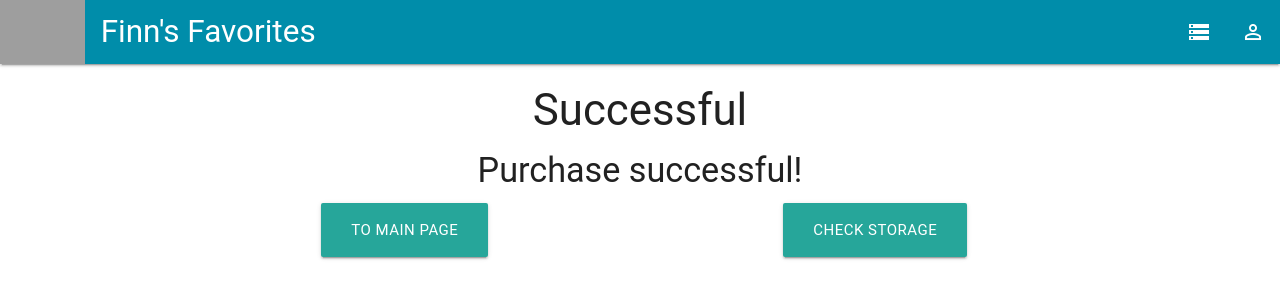
Repository: nidalaburaed/FinnsFavorites
Page: http://localhost/success.php
The author's editor kept a record of every edit. The page is drawn from the files as they stood at one moment, then again after the next edit.
The browser window is 1280 px wide. The pictures show the whole page.
Pictures or frames that could not be fetched are drawn as grey boxes. Some web fonts or font styles are not loaded; a fallback is used. Some web libraries are served in a nearby version. The page is run by PHP 8.4 with error messages shown; the project is at /var/www/html/.

Above is the page before.

After the next edit:
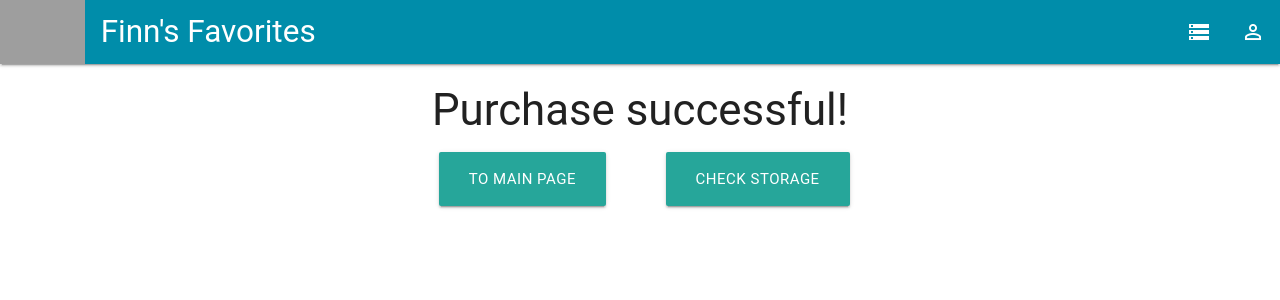
The edit:
--- a/success.php
+++ b/success.php
@@ -8,10 +8,9 @@
 
   <body>
     <?php include 'common/body.php';?>
-    <h3 align="center">Successful</h3>
-    <h4 align="center">Purchase successful!</h4>
+    <h3 align="center">Purchase successful!</h3>
     <div class="container">
-    <div class="row align-items-center">
+    <div class="row align-items-center" style="margin: 0 25% 0 25%">
         <div class="row">
         <div class="col s6" align="center">
                <div id='btn'>
